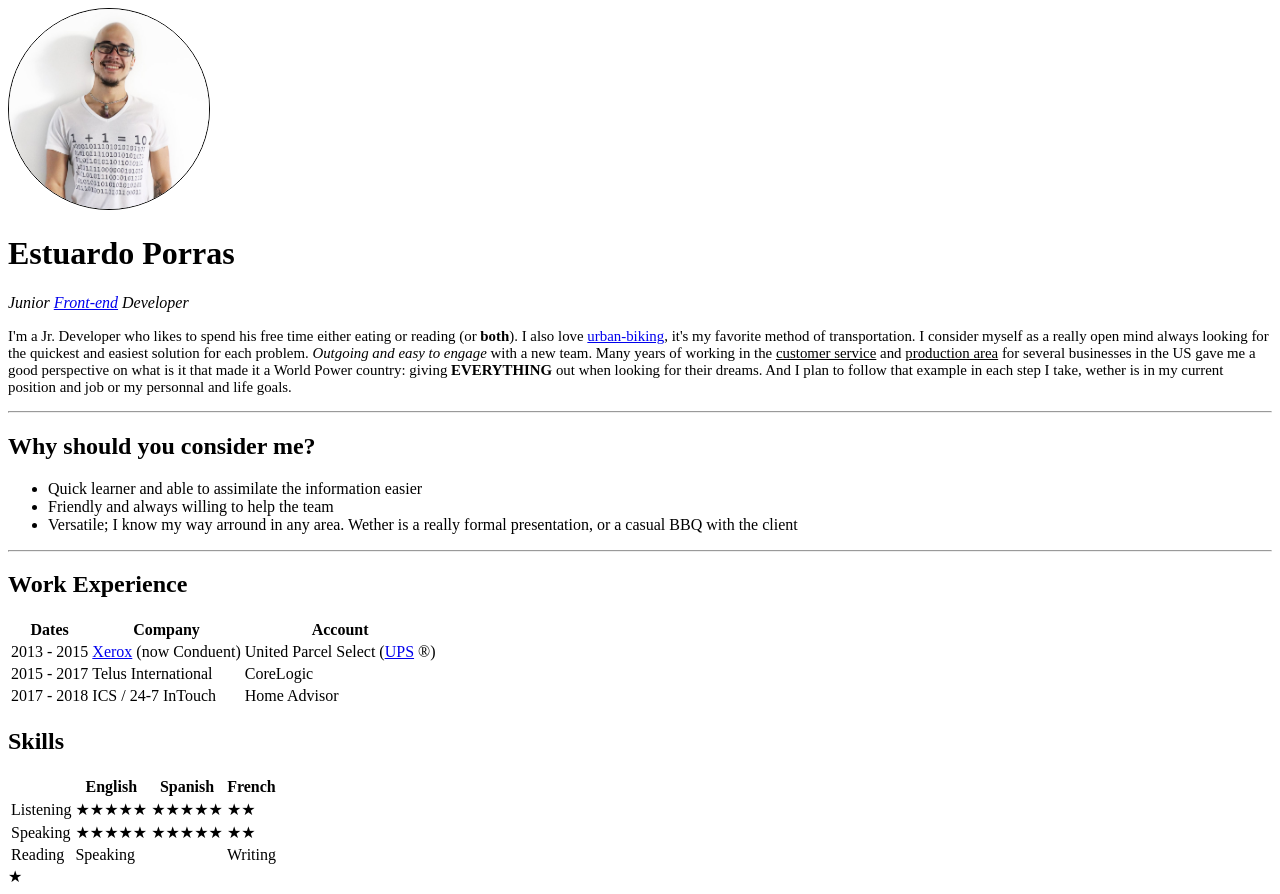
Repository: soloestuardo/bootstrap
Page: proyectos/cv/index.html
The author's editor kept a record of every edit. The page is drawn from the files as they stood at one moment, then again after the next edit.
The browser window is 1280 px wide. The pictures show the whole page.

Above is the page before.

After the next edit:
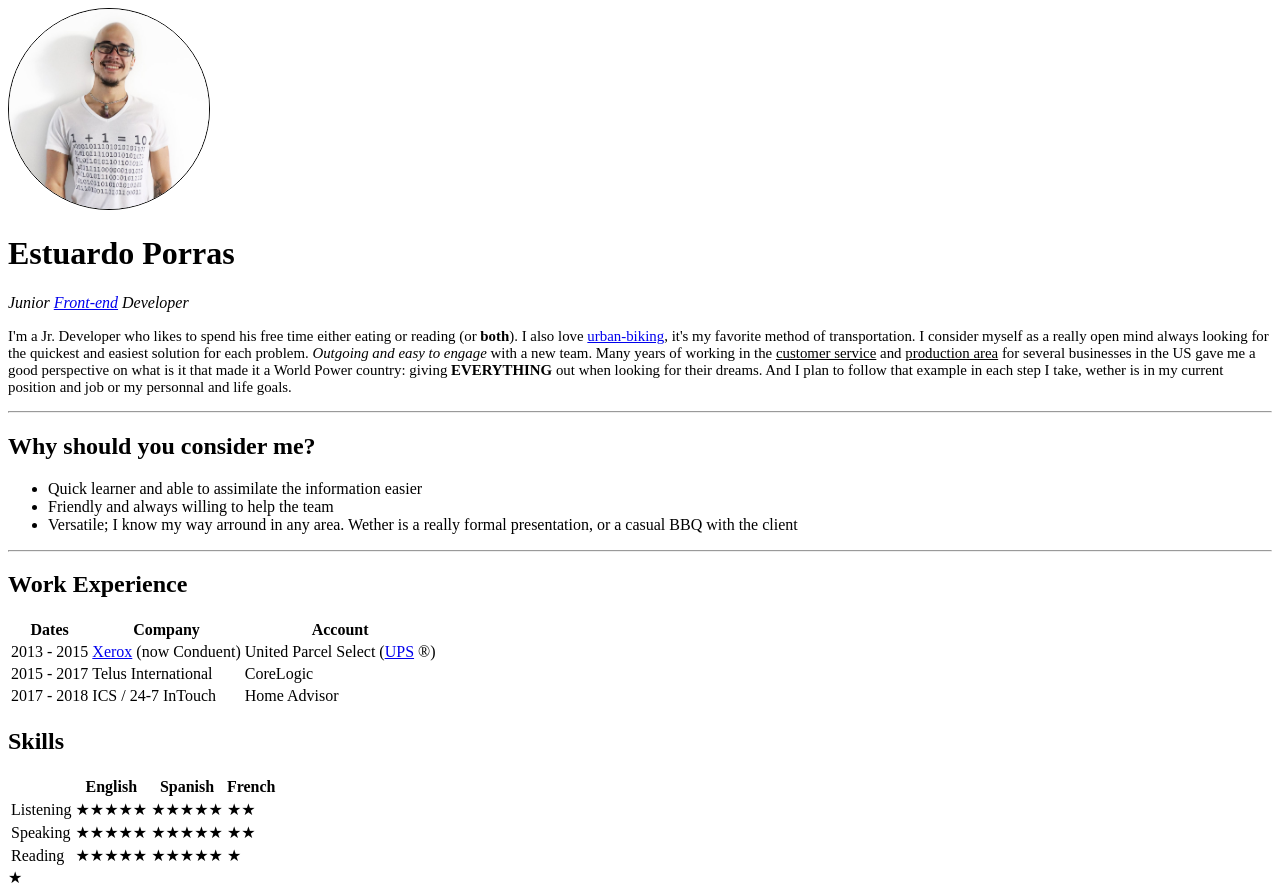
The edit:
--- a/proyectos/cv/index.html
+++ b/proyectos/cv/index.html
@@ -88,9 +88,9 @@
             </tr>
             <tr>
                 <td>Reading</td>
-                <td>Speaking</td>
-                <td></td>
-                <td>Writing</td>
+                <td>&#x2605;&#x2605;&#x2605;&#x2605;&#x2605;</td>
+                <td>&#x2605;&#x2605;&#x2605;&#x2605;&#x2605;</td>
+                <td>&#x2605;</td>
             </tr>
         </table>
 
